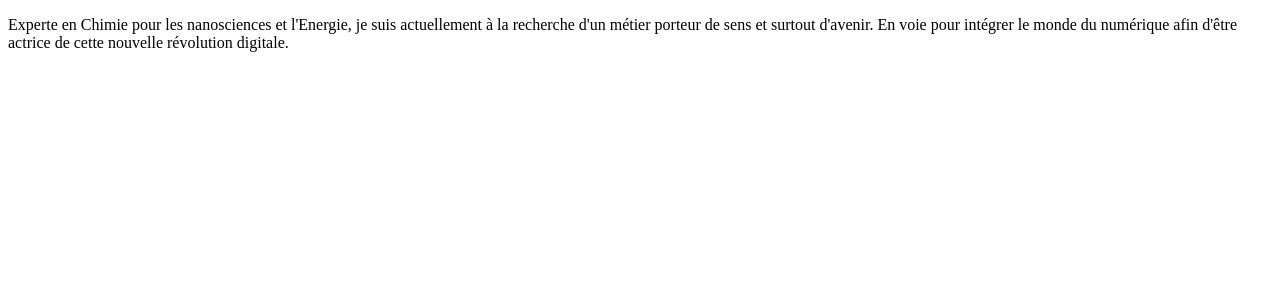
Repository: wendytoko/cours
Page: http://localhost/Test/index.jsp
The author's editor kept a copy of each file at every save. The page is drawn from the files as they stood at one save, then again after the next save.
The browser window is 1280 px wide. The pictures show the whole page.
The page is served by Tomcat 9. Other server files are loaded and not shown.

Above is the page before, as saved 2019-11-18 11:34:24.

### Cours Sarah/Test/WebContent/index.jsp
<%@ page language="java" contentType="text/html; charset=ISO-8859-1"
    pageEncoding="ISO-8859-1"%>
<!DOCTYPE html PUBLIC "-//W3C//DTD HTML 4.01 Transitional//EN" "http://www.w3.org/TR/html4/loose.dtd">
<html>
<head>
<meta http-equiv="Content-Type" content="text/html; charset=ISO-8859-1">
<title>Insert title here</title>
</head>
<body>
<p>Experte en Chimie pour les nanosciences et l'Energie, je suis actuellement à la recherche d'un métier porteur
de sens et surtout d'avenir. En voie pour intégrer le monde du numérique afin d'être actrice de cette nouvelle
révolution digitale.</p>

</body>
</html>

After the next save:
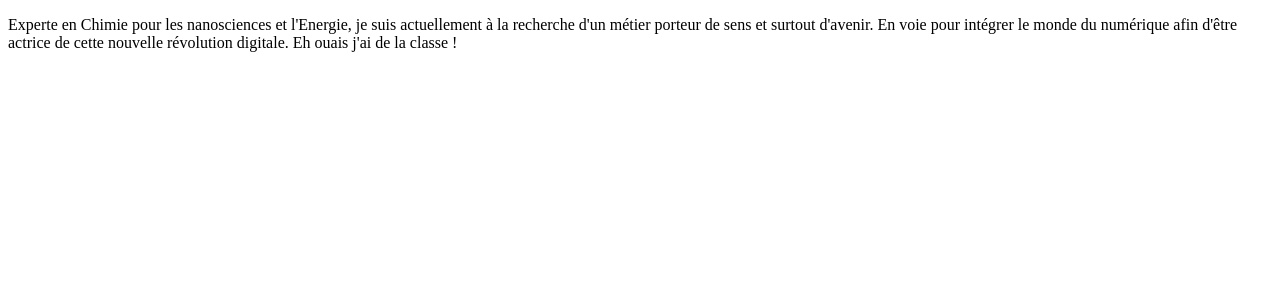
Saved 98 min 38 s later.
--- a/Cours Sarah/Test/WebContent/index.jsp
+++ b/Cours Sarah/Test/WebContent/index.jsp
@@ -9,7 +9,8 @@
 <body>
 <p>Experte en Chimie pour les nanosciences et l'Energie, je suis actuellement à la recherche d'un métier porteur
 de sens et surtout d'avenir. En voie pour intégrer le monde du numérique afin d'être actrice de cette nouvelle
-révolution digitale.</p>
+révolution digitale.
+<%="Eh ouais j'ai de la classe !" %></p>
 
 </body>
 </html>
